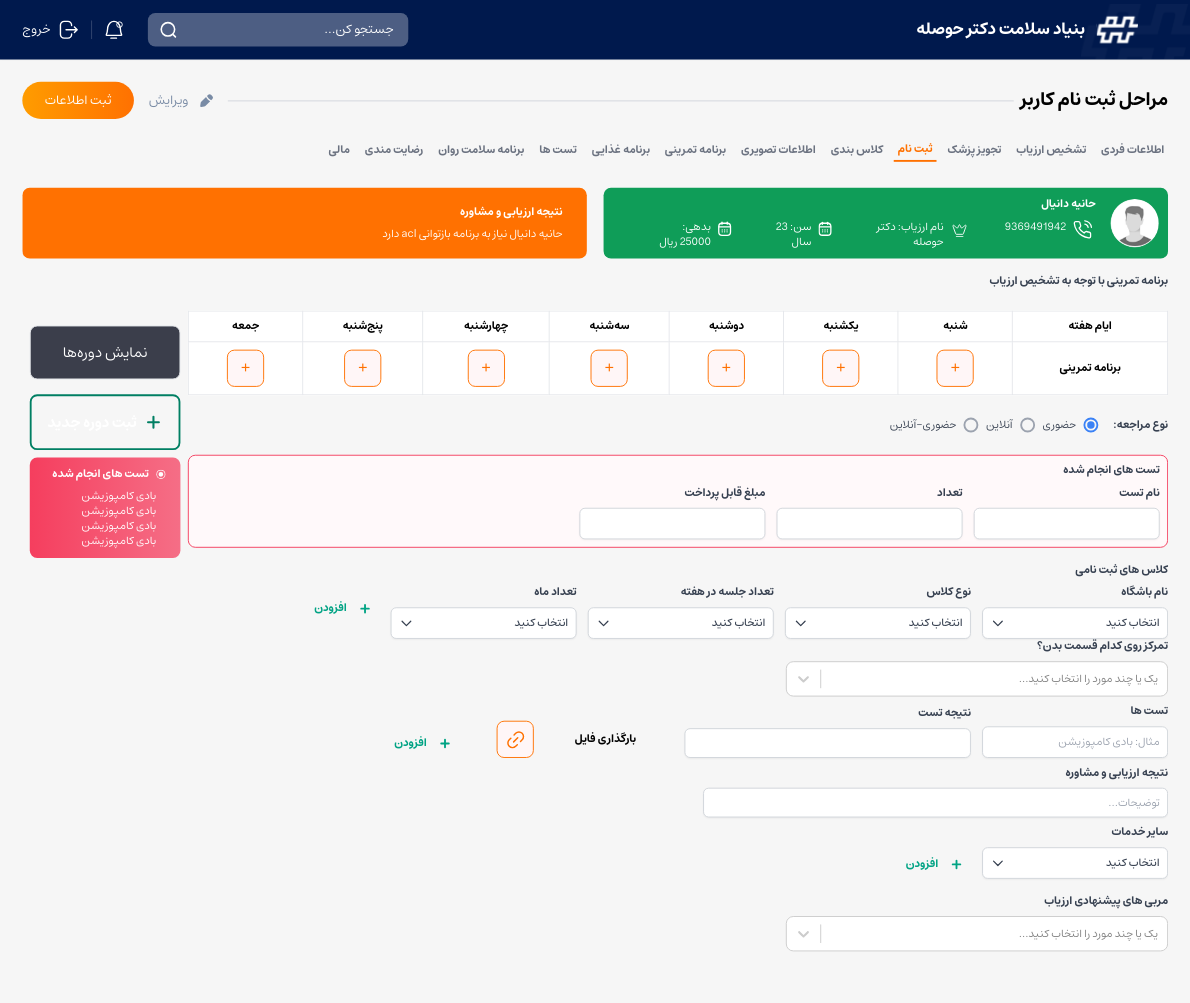
Repository: mirnajafi/ERP_hoseleh_V1.0
Page: /register, after clicking the first element matching `div.flex > :nth-child(4)`
These files come from the project's save history. The page is drawn as it stood at one moment and after the next save; the edit follows.
The browser window is 1280 px wide. The pictures show the whole page, at 93% of full size.
Some web fonts or font styles are not loaded; a fallback is used. The project was rebuilt for these pictures with package versions that can differ from the ones it lists, and the page was loaded fresh each time. The framework's server and built-in components were replaced by stand-ins that run in the browser. Also part of the build but not shown: next.config.mjs, src/components/icons/trash.tsx, src/components/weekTable/weekTable.css, src/components/icons/copy.tsx, src/components/recognitionEvaluator/recognitionEvaluator.tsx.

Above is the page before, as saved 2025-02-28 23:57:02.

After the next save:
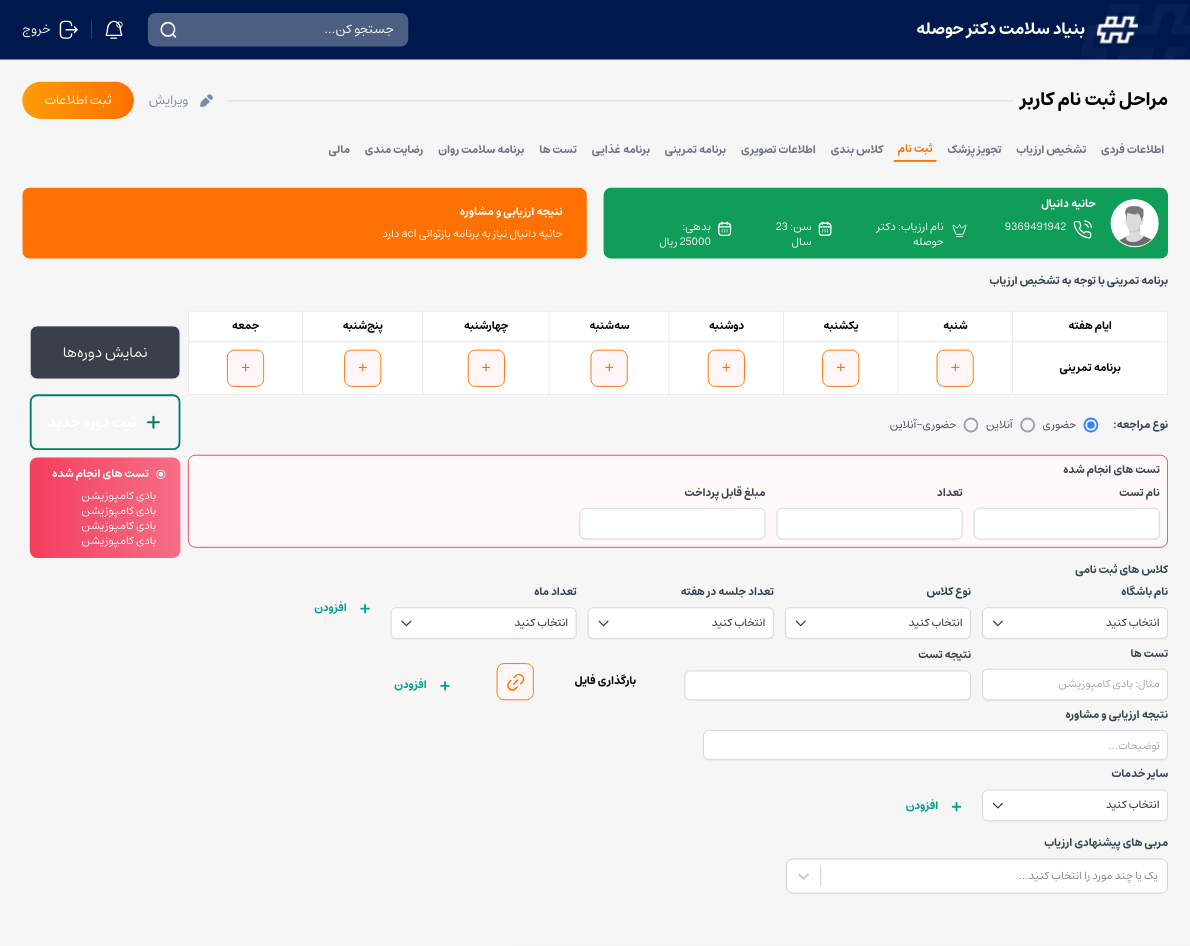
Saved 32 s later.
--- a/src/components/registration/registration.tsx
+++ b/src/components/registration/registration.tsx
@@ -146,7 +146,7 @@ const Registration = () => {
             </div>
 
 
-            <div className="flex flex-col  w-ful xl:w-1/3">
+            {/* <div className="flex flex-col  w-ful xl:w-1/3">
                 <label className="mb-2 text-xs font-bold text-gray-700">تمرکز روی کدام قسمت بدن؟</label>
                 <Select
                     isMulti
@@ -174,7 +174,7 @@ const Registration = () => {
                         }),
                     }}
                 />
-            </div>
+            </div> */}
             <div className="flex flex-col xl:flex-row w-full xl:items-end xl:justify-right ">
                 <Input
                     label="تست ها"
